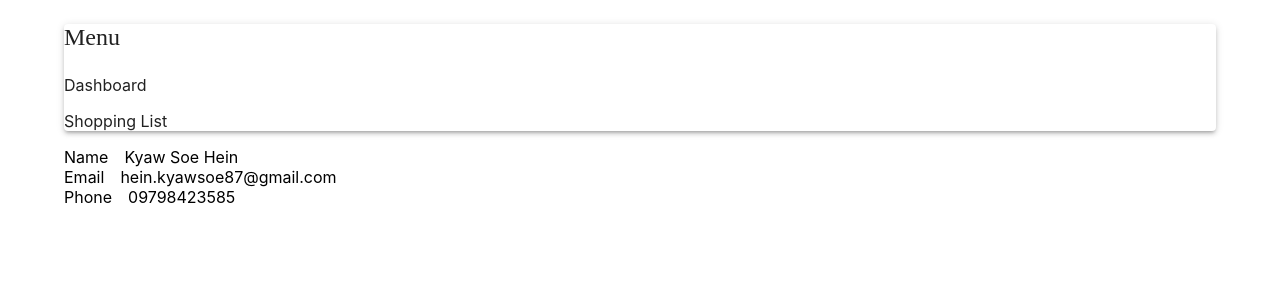
Repository: KyawSoeHein/GoogleAuthReact
Page: /
An editor plug-in stored every save of this project. The page is shown before and after the next save, followed by the edit.
The browser window is 1280 px wide. The pictures show the whole page.
The project was rebuilt for these pictures with package versions that can differ from the ones it lists, and the page was loaded fresh each time.

Above is the page before, as saved 2022-02-14 18:47:35.

After the next save:
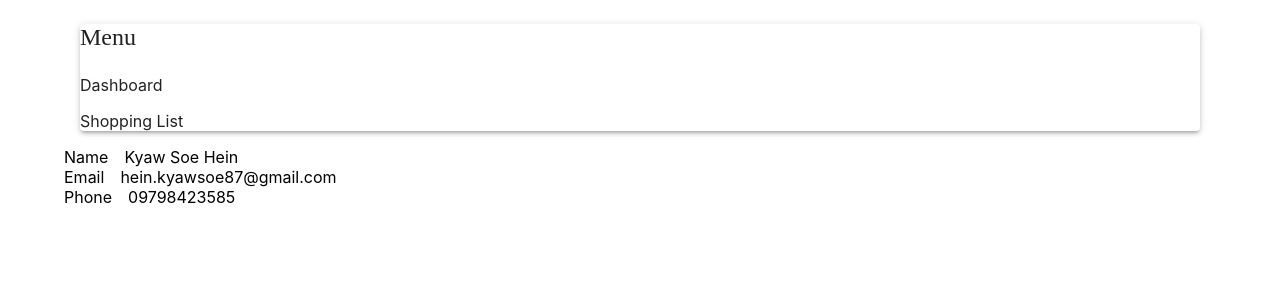
Saved 22 s later.
--- a/src/Components/MenuSelection.tsx
+++ b/src/Components/MenuSelection.tsx
@@ -4,7 +4,7 @@ import "../App.css";
 
 const MenuSelection = () => {
   return (
-    <Paper elevation={3}>
+    <Paper elevation={3} style={{ margin: 16 }}>
       <p className="menuSelectionTitle">Menu</p>
 
       <p>Dashboard</p>
